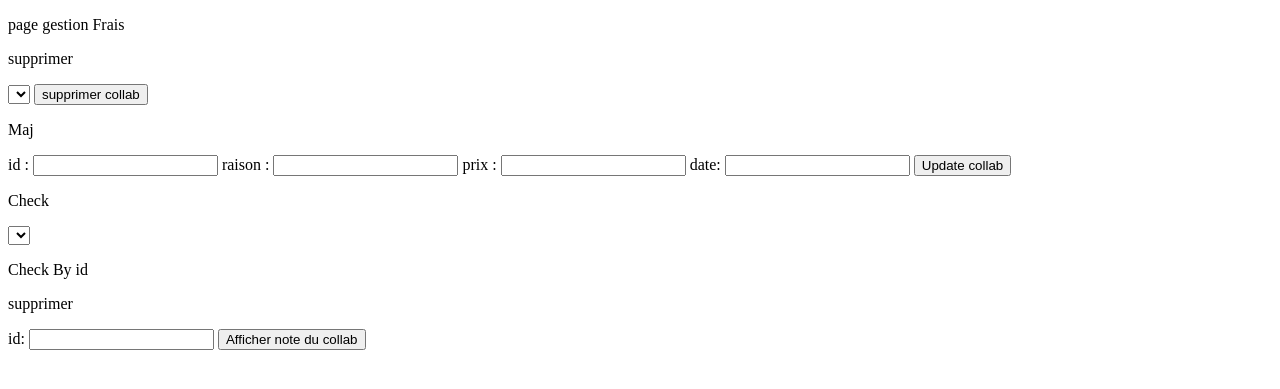
Repository: Shakibaei-2020/CRA_JEE_FINAL
Page: http://localhost/jee_crainfocom/WEB-INF/PageAdminGestionFrais.jsp
The author's editor kept a copy of each file at every save. The page is drawn from the files as they stood at one save, then again after the next save.
The browser window is 1280 px wide. The pictures show the whole page.
The page is served by Tomcat 9. Nobody is signed in. Other server files are loaded and not shown. The template is opened directly, without the code that normally fills it, so the values that code supplies are empty.

Above is the page before, as saved 2021-04-08 09:50:13.

### CRA_JEE_FINAL/jee_crainfocom/src/main/webapp/WEB-INF/PageAdminGestionFrais.jsp
<%@ page pageEncoding="UTF-8" %>
<%@ taglib uri="http://java.sun.com/jsp/jstl/core" prefix="c" %>
<!DOCTYPE html>
<html>
<head>
<meta charset="ISO-8859-1">
<title>Insert title here</title>
</head>
<body>
<p>page gestion Frais</p>

<!-- ************************************************************************ -->

<p>supprimer</p>
<form method="post" action=ControleAdminGestionFrais>
	<select name="saisiRaison" id="saisiRaison" >
     	<c:forEach items="${ tabRaisonFrais }" var="tabRaisonFrais" varStatus="status">
        <p><option><c:out  value="${tabRaisonFrais}"></option></c:out ></p>
		</c:forEach>
	</select>
<input type="submit" value="supprimer collab"/>
</form>

<!-- ************************************************************************ -->

<p>Maj</p>
 <form method="post" action="ControleInterneGestionFrais">

            <label for="idUp">id : </label>
            <input type="text" name="idUp" id="idUp" />

            <label for="raisonUp">raison : </label>
            <input type="text" name="raisonUp" id="raisonUp" />

            <label for="prixUp">prix : </label>
            <input type="text" name="prixUp" id="prixUp" />

            <label for="dateUp">date: </label>
            <input type="text" name="dateUp" id="dateUp" />

            <input type="submit" value="Update collab" />
</form>
<!-- ************************************************************************ -->

<p>Check</p>

		<select>
     	<c:forEach   items="${ tabNoteDeFrais }" var="tabCollab" varStatus="status">
        <p> <option method="get" action="ControleAdminGestionCollab"  ><c:out value="${tabNoteDeFrais}"></option></c:out ></p>
		</c:forEach>
		</select>

</body>
<!-- ************************************************************************ -->

<p>Check By id</p>

	<p>supprimer</p>
<form method="post" action=ControleAdminGestionFrais>
<label for="dateUp">id: </label>
<input type="text" name="idSho" id=""idSho"" />

<input type="submit" value="Afficher note du collab"/>


<c:forEach   items="${ tabNoteDeFrais }" var="tabCollab" varStatus="status">
 <p> <option method="get" action="ControleAdminGestionCollab"  ><c:out value="${tabNoteDeFrais}"></option></c:out ></p>
</c:forEach>

</form>


</body>
</html>

After the next save:
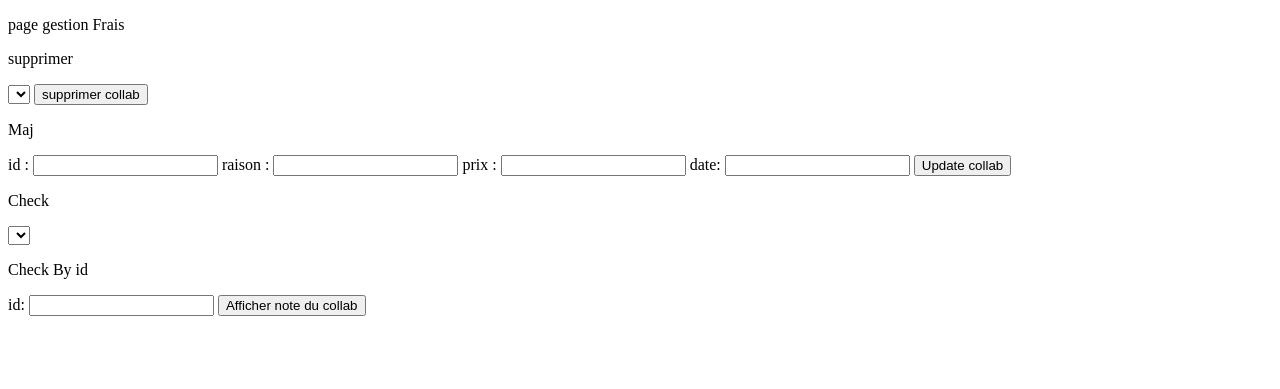
Saved 6 s later.
--- a/CRA_JEE_FINAL/jee_crainfocom/src/main/webapp/WEB-INF/PageAdminGestionFrais.jsp
+++ b/CRA_JEE_FINAL/jee_crainfocom/src/main/webapp/WEB-INF/PageAdminGestionFrais.jsp
@@ -55,7 +55,6 @@
 
 <p>Check By id</p>
 
-	<p>supprimer</p>
 <form method="post" action=ControleAdminGestionFrais>
 <label for="dateUp">id: </label>
 <input type="text" name="idSho" id=""idSho"" />
